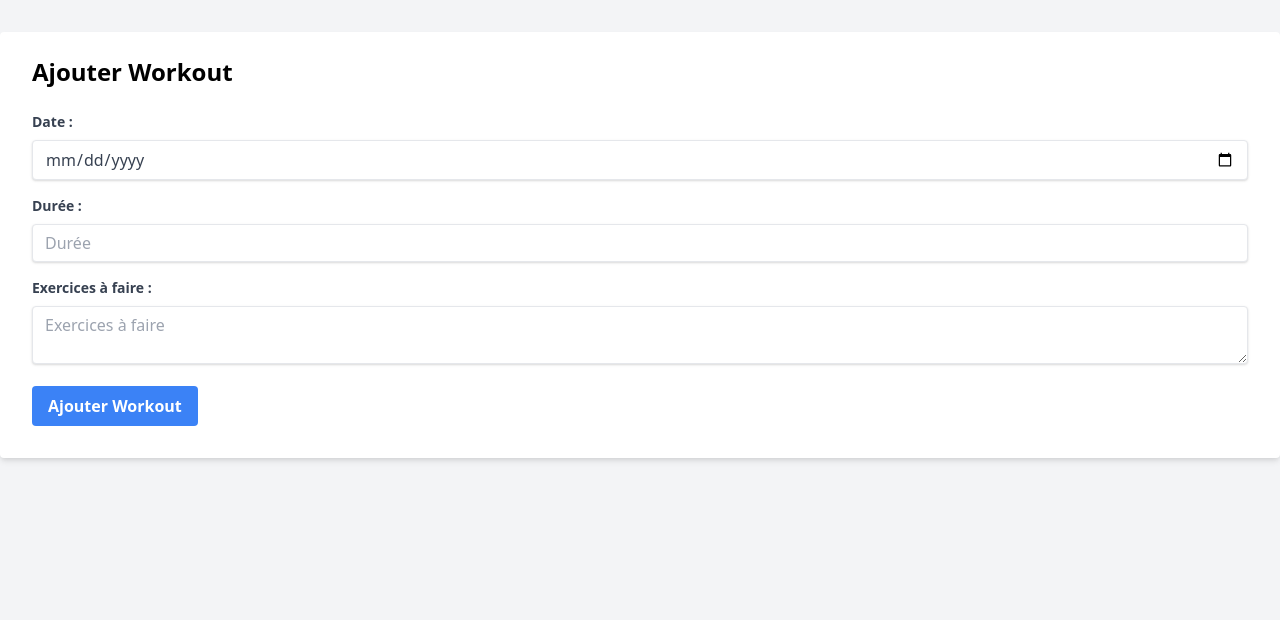
Repository: rimessouabni/polyfit
Page: src/main/resources/static/AddWorkout.html
These files come from the project's save history. The page is drawn as it stood at one moment and after the next save; the edit follows.
The browser window is 1280 px wide. The pictures show the whole page.

Above is the page before, as saved 2024-03-18 16:12:02.

### src/main/resources/static/AddWorkout.html
<!DOCTYPE html>
<html lang="en">
<head>
    <meta charset="UTF-8">
    <meta name="viewport" content="width=device-width, initial-scale=1.0">
    <title>Ajouter Workout</title>
    <link href="https://cdn.jsdelivr.net/npm/tailwindcss@2.2.19/dist/tailwind.min.css" rel="stylesheet">
</head>
<body class="bg-gray-100">
    <div class="container mx-auto mt-8">
        <div class="bg-white shadow-md rounded px-8 pt-6 pb-8 mb-4">
            <h2 class="text-2xl font-bold mb-6">Ajouter Workout</h2>
            <form>
                <div class="mb-4">
                    <label class="block text-gray-700 text-sm font-bold mb-2" for="date">Date :</label>
                    <input class="shadow appearance-none border rounded w-full py-2 px-3 text-gray-700 leading-tight focus:outline-none focus:shadow-outline" id="date" type="date" placeholder="Date">
                </div>
                <div class="mb-4">
                    <label class="block text-gray-700 text-sm font-bold mb-2" for="duration">Durée :</label>
                    <input class="shadow appearance-none border rounded w-full py-2 px-3 text-gray-700 leading-tight focus:outline-none focus:shadow-outline" id="duration" type="text" placeholder="Durée">
                </div>
                <div class="mb-4">
                    <label class="block text-gray-700 text-sm font-bold mb-2" for="exercises">Exercices à faire :</label>
                    <textarea class="shadow appearance-none border rounded w-full py-2 px-3 text-gray-700 leading-tight focus:outline-none focus:shadow-outline" id="exercises" placeholder="Exercices à faire"></textarea>
                </div>
                <!-- Ajouter d'autres champs ici selon les besoins -->

                <div class="flex items-center justify-between">
                    <button class="bg-blue-500 hover:bg-blue-700 text-white font-bold py-2 px-4 rounded focus:outline-none focus:shadow-outline" type="submit">
                        Ajouter Workout
                    </button>
                </div>
            </form>
        </div>
    </div>
</body>
</html>

After the next save:
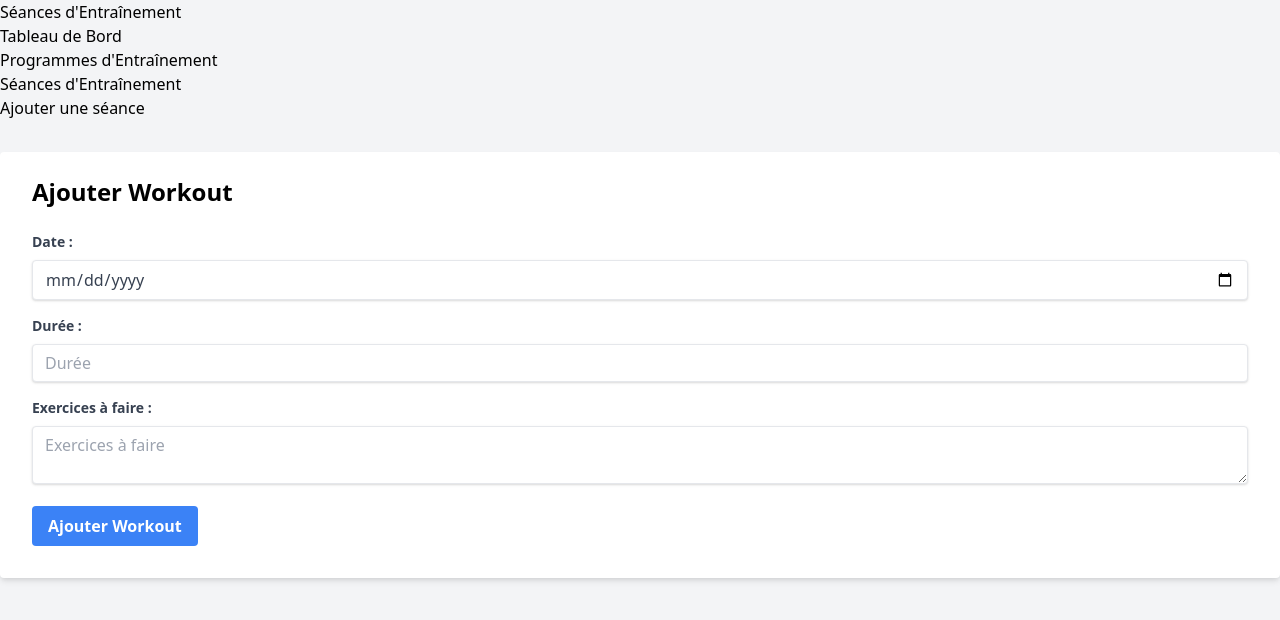
Saved 22 s later.
--- a/src/main/resources/static/AddWorkout.html
+++ b/src/main/resources/static/AddWorkout.html
@@ -7,6 +7,19 @@
     <link href="https://cdn.jsdelivr.net/npm/tailwindcss@2.2.19/dist/tailwind.min.css" rel="stylesheet">
 </head>
 <body class="bg-gray-100">
+    <header>
+        <h1>Séances d'Entraînement</h1>
+        <nav>
+            <ul>
+                <li><a href="dashboard.html">Tableau de Bord</a></li>
+                <li><a href="programs.html">Programmes d'Entraînement</a></li>
+                <li><a href="workouts.html">Séances d'Entraînement</a></li>
+                <li><a href="AddWorkout.html">Ajouter une séance</a></li>
+            </ul>
+        </nav>
+    </header>
+
+
     <div class="container mx-auto mt-8">
         <div class="bg-white shadow-md rounded px-8 pt-6 pb-8 mb-4">
             <h2 class="text-2xl font-bold mb-6">Ajouter Workout</h2>
